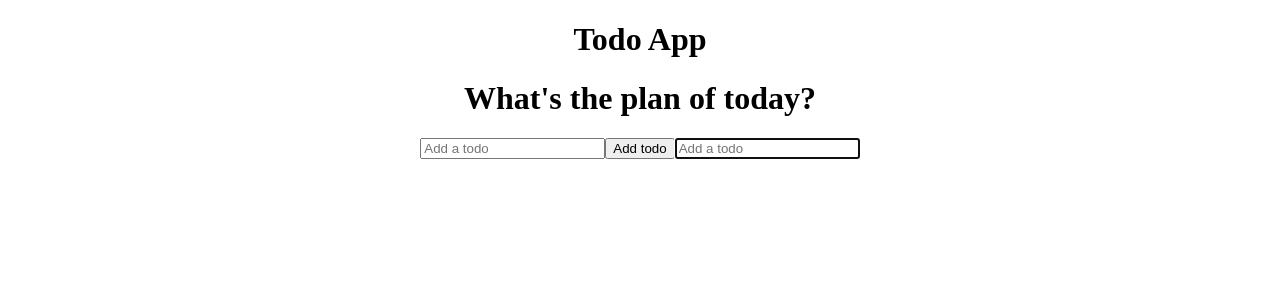
Repository: qqharry21/react-todo-app-v1
Page: /
An editor plug-in stored every save of this project. The page is shown before and after the next save, followed by the edit.
The browser window is 1280 px wide. The pictures show the whole page.
The project was rebuilt for these pictures with package versions that can differ from the ones it lists, and the page was loaded fresh each time. Also part of the build but not shown: src/components/Todo.js.

Above is the page before, as saved 2021-12-25 14:54:38.

### src/index.js
/** @format */

import React from 'react';
import ReactDOM from 'react-dom';

import App from './App';

ReactDOM.render(
  <React.StrictMode>
    <App />
  </React.StrictMode>,
  document.getElementById('root')
);

### src/App.js
/** @format */

import './App.css';
import TodoList from './components/TodoList';

function App() {
  return (
    <div className='App'>
      <h1>Todo App</h1>
      <TodoList />
    </div>
  );
}

export default App;

### src/components/TodoList.js
/** @format */

import React, { useState } from 'react';
import TodoForm from './TodoForm';
import Todo from './Todo';
function TodoList() {
  const [todos, setTodos] = useState([]);

  // 新增 todo
  const addTodo = todo => {
    if (!todo.text || /^\s$/.test(todo.text)) {
      return;
    }
    const newTodos = [todo, ...todos];

    setTodos(newTodos);
    // console.log('todos', todo, ...todos);
  };

  // 更改 todo 狀態
  const completeTodo = id => {
    let updateTodo = todos.map(todo => {
      if (todo.id === id) {
        todo.isComplete = !todo.isComplete;
      }
      return todo;
    });
    setTodos(updateTodo);
  };

  // 移除 todo
  const removeTodo = id => {
    let removeArray = todos.filter(todo => todo.id !== id);
    setTodos(removeArray);
  };

  // 編輯 todo
  const editTodo = (id, newValue) => {
    if (!newValue || /^\s$/.test(newValue)) {
      return;
    }
    setTodos(prevState => prevState.map(todo => (todo.id === id ? newValue : todo.text)));
  };

  return (
    <div>
      <h1>What's the plan of today?</h1>
      <TodoForm onSubmit={addTodo} />
      <Todo todos={todos} completeTodo={completeTodo} removeTodo={removeTodo} editTodo={editTodo} />
    </div>
  );
}

export default TodoList;

### src/components/TodoForm.js
/** @format */

import React, { useState, useEffect, useRef } from 'react';

function TodoForm({ onSubmit, edit }) {
  const [input, setInput] = useState(edit ? edit.value : '');

  const inputRef = useRef(null);

  useEffect(() => {
    inputRef.current.focus();
  }, []);

  const handleInput = e => {
    setInput(e.target.value);
  };

  const handleSubmit = e => {
    e.preventDefault();
    onSubmit({ id: Math.floor(Math.random() * 100), text: input, isComplete: false });
    setInput('');
  };

  return (
    <form action='' className='todo-form' onSubmit={handleSubmit}>
      {edit ? (
        <input
          type='text'
          className='todo-input'
          placeholder='Add a todo'
          name='text'
          value={input}
          onChange={handleInput}
          ref={inputRef}
        />
      ) : (
        <>
          <input
            type='text'
            className='todo-input'
            placeholder='Add a todo'
            name='text'
            value={input}
            onChange={handleInput}
            ref={inputRef}
          />
          <button className='todo-button'>Add todo</button>
        </>
      )}

      <input
        type='text'
        className='todo-input'
        placeholder='Add a todo'
        name='text'
        value={input}
        onChange={handleInput}
        ref={inputRef}
      />
    </form>
  );
}

export default TodoForm;

Loaded but not shown: public/index.html (common file); src/App.css (common file)

After the next save:
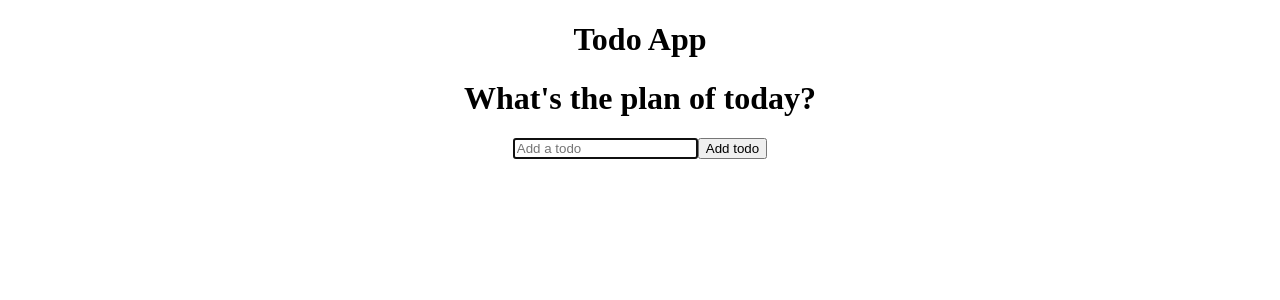
Saved 23 s later.
--- a/src/components/TodoForm.js
+++ b/src/components/TodoForm.js
@@ -24,15 +24,18 @@ function TodoForm({ onSubmit, edit }) {
   return (
     <form action='' className='todo-form' onSubmit={handleSubmit}>
       {edit ? (
-        <input
-          type='text'
-          className='todo-input'
-          placeholder='Add a todo'
-          name='text'
-          value={input}
-          onChange={handleInput}
-          ref={inputRef}
-        />
+        <>
+          <input
+            type='text'
+            className='todo-input'
+            placeholder='Add a todo'
+            name='text'
+            value={input}
+            onChange={handleInput}
+            ref={inputRef}
+          />
+          <button className='todo-button'>Add todo</button>
+        </>
       ) : (
         <>
           <input
@@ -47,16 +50,6 @@ function TodoForm({ onSubmit, edit }) {
           <button className='todo-button'>Add todo</button>
         </>
       )}
-
-      <input
-        type='text'
-        className='todo-input'
-        placeholder='Add a todo'
-        name='text'
-        value={input}
-        onChange={handleInput}
-        ref={inputRef}
-      />
     </form>
   );
 }
